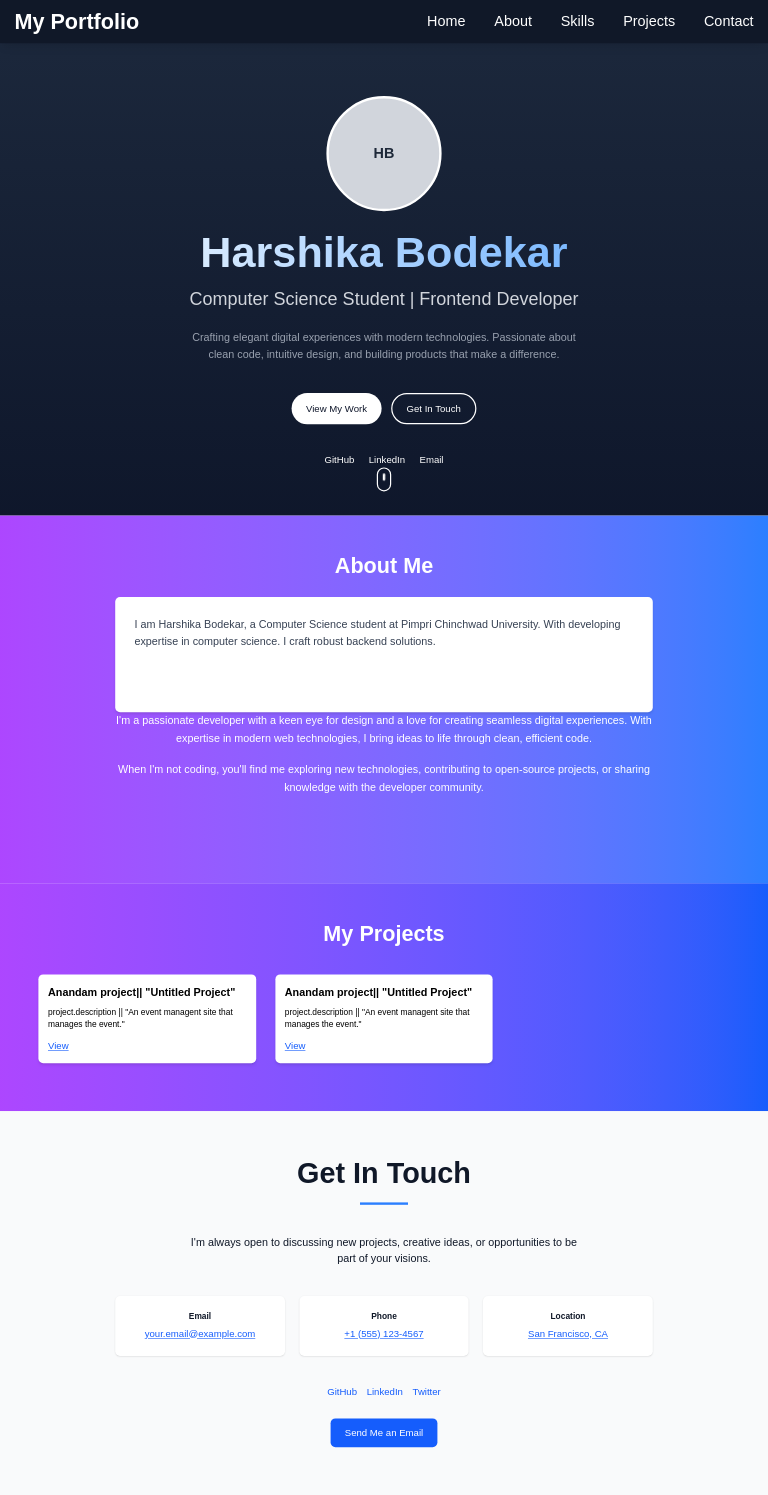
Repository: harshikabodekar/portfolio_awp
Page: /
An editor plug-in stored every save of this project. The page is shown before and after the next save, followed by the edit.
The browser window is 1280 px wide. The pictures show the whole page, at 60% of full size.
The project was rebuilt for these pictures with package versions that can differ from the ones it lists, and the page was loaded fresh each time. The framework's server and built-in components were replaced by stand-ins that run in the browser. Also part of the build but not shown: next.config.mjs.

Above is the page before, as saved 2025-10-15 19:49:53.

### src/app/layout.js
import "./globals.css";

export const metadata = {
  title: "AWP Portfolio",
  description: "Personal portfolio",
};

export default function RootLayout({ children }) {
  return (
    <html lang="en">
      <body className="antialiased">
        {children}
      </body>
    </html>
  );
}

### src/app/page.js
//import Image from "next/image";
import Navbar from "./components/Navbar";
import React from "react";
import Projects from "./components/Project";
import About from "./components/About";
import Contact from "./components/Contact";
import Hero from "./components/Hero";
import ProjectCard from "./components/ProjectCard";

export default function Home() {
  return (
    <div className="font-sans">
      <Navbar />
      <main className="w-full">
        <Hero />
        <About />
        <Projects />
        <Contact />
      </main>
    </div>
  );
}

### src/app/components/Navbar.js
import React from 'react';

const Navbar = () => {
  return (
    <nav className="bg-gray-900 text-white py-4 px-6 fixed w-full top-0 left-0 z-50 shadow-lg">
      <div className="container mx-auto flex justify-between items-center">
        <h1 className="text-4xl font-bold">My Portfolio</h1>
        <ul className="flex space-x-12 text-2xl">
          <li><a href="#home" className="hover:text-blue-400 transition-colors">Home</a></li>
          <li><a href="#about" className="hover:text-blue-400 transition-colors">About</a></li>
          <li><a href="#skills" className="hover:text-blue-400 transition-colors">Skills</a></li>
          <li><a href="#projects" className="hover:text-blue-400 transition-colors">Projects</a></li>
          <li><a href="#contact" className="hover:text-blue-400 transition-colors">Contact</a></li>
        </ul>
      </div>
    </nav>
  );
};

export default Navbar;

### src/app/components/Project.js
import React from 'react';
import ProjectCard from './ProjectCard';
import { projectsData } from '../data/projects';

const Projects = () => {
  return (
    <section id="projects" className="py-20 px-6 bg-gradient-to-r from-purple-500 to-blue-600 text-white pt-16">
      <div className="container mx-auto max-w-6xl">
        <h2 className="text-4xl font-bold text-center text-white mb-12">My Projects</h2>

        <div className="grid md:grid-cols-2 lg:grid-cols-3 gap-8">
          {projectsData.map((project) => (
            <ProjectCard key={project.id} project={project} />
          ))}
        </div>
      </div>
    </section>
  );
};

export default Projects;

### src/app/components/About.js
import React from 'react';

const About = () => {
  return (
     <section id="about" className="py-20 px-6 bg-gradient-to-r from-purple-500 to-blue-500 text-white pt-16">
      <div className="container mx-auto max-w-4xl">
        <h2 className="text-4xl font-bold text-center mb-8">About Me</h2>
        <div className="bg-white p-8 rounded-lg shadow-md">
          <p className="text-lg text-gray-700 mb-4">
            I am Harshika Bodekar, a Computer Science student at Pimpri Chinchwad University.
            With developing expertise in computer science.
            I craft robust backend solutions.
          </p>
          <p className="text-lg text-white">
            My journey is driven by a passion for building scalable,
            efficient systems that power modern applications.
            I enjoy tackling complex challenges and exploring cutting-edge tech.
          </p>
        </div>
        <div className="mb-16 text-center">
            <p className="text-lg text-muted-foreground leading-relaxed mb-6">
              I'm a passionate developer with a keen eye for design and a love for creating
              seamless digital experiences. With expertise in modern web technologies, I bring
              ideas to life through clean, efficient code.
            </p>
            <p className="text-lg text-muted-foreground leading-relaxed">
              When I'm not coding, you'll find me exploring new technologies, contributing to
              open-source projects, or sharing knowledge with the developer community.
            </p>
          </div>
      </div>
    </section>
  );
};

export default About;

### src/app/components/Contact.js
const Contact = () => {
  const contactInfo = [
    { label: 'Email', value: 'your.email@example.com', href: 'mailto:your.email@example.com' },
    { label: 'Phone', value: '+1 (555) 123-4567', href: 'tel:+15551234567' },
    { label: 'Location', value: 'San Francisco, CA', href: '#' },
  ];

  const socialLinks = [
    { label: 'GitHub', href: 'https://github.com' },
    { label: 'LinkedIn', href: 'https://linkedin.com' },
    { label: 'Twitter', href: 'https://twitter.com' },
  ];

  return (
    <section id="contact" className="py-20 bg-gray-50 text-gray-900">
      <div className="container mx-auto px-4">
        <div className="max-w-4xl mx-auto">
          <h2 className="text-4xl md:text-5xl font-bold mb-6 text-center">Get In Touch</h2>
          <div className="w-20 h-1 bg-blue-500 mx-auto mb-12"></div>

          <p className="text-center text-lg mb-12 max-w-2xl mx-auto">
            I'm always open to discussing new projects, creative ideas, or opportunities to be part of your visions.
          </p>

          <div className="grid md:grid-cols-3 gap-6 mb-12">
            {contactInfo.map((info, index) => (
              <div key={index} className="bg-white p-6 rounded-lg shadow text-center">
                <h3 className="text-sm font-semibold mb-2">{info.label}</h3>
                <a href={info.href} className="text-blue-600 underline">{info.value}</a>
              </div>
            ))}
          </div>

          <div className="text-center">
            <div className="flex justify-center gap-4 mb-8">
              {socialLinks.map((s, i) => (
                <a key={i} href={s.href} target="_blank" rel="noreferrer" className="text-blue-600">{s.label}</a>
              ))}
            </div>

            <div className="text-center">
              <a href="mailto:your.email@example.com" className="inline-block px-6 py-3 bg-blue-600 text-white rounded-lg">Send Me an Email</a>
            </div>
          </div>
        </div>
      </div>
    </section>
  );
};

export default Contact;

### src/app/components/Hero.js
"use client";
import React from 'react';

const Hero = () => {
  return (
    <section id="home" className="relative w-full min-h-screen flex items-center justify-center bg-gradient-to-b from-slate-800 to-slate-900 text-white pt-20">
      <div className="w-full px-4 sm:px-6 lg:px-8 py-12 sm:py-16 md:py-20 relative z-10">
        <div className="max-w-6xl mx-auto text-center">
          <div className="mb-6 sm:mb-8 flex justify-center">
            <div className="w-32 h-32 sm:w-40 sm:h-40 md:w-48 md:h-48 rounded-full bg-gray-300 dark:bg-gray-600 border-4 border-white flex items-center justify-center text-xl sm:text-2xl font-bold text-gray-800">HB</div>
          </div>



          <h1 className="text-4xl sm:text-4xl md:text-5xl lg:text-6xl xl:text-7xl font-bold mb-4 sm:mb-6 bg-gradient-to-r from-white to-blue-400 bg-clip-text text-transparent px-4">
            Harshika Bodekar
          </h1>

          <p className="text-base sm:text-lg md:text-xl lg:text-3xl text-gray-300 mb-6 sm:mb-8 font-light px-4">
            Computer Science Student | Frontend Developer
          </p>

          <p className="text-sm sm:text-base md:text-lg text-gray-400 mb-8 sm:mb-12 max-w-2xl mx-auto leading-relaxed px-4">
            Crafting elegant digital experiences with modern technologies.
            Passionate about clean code, intuitive design, and building products that make a difference.
          </p>

          <div className="flex flex-col sm:flex-row flex-wrap gap-4 justify-center mb-8 sm:mb-12 px-4">
            <button onClick={() => {}} className="px-6 py-3 bg-white text-slate-900 rounded-full font-medium hover:bg-gray-100 transition-colors w-full sm:w-auto">View My Work</button>
            <button onClick={() => {}} className="px-6 py-3 border-2 border-white text-white rounded-full hover:bg-white hover:text-slate-900 transition-colors w-full sm:w-auto">Get In Touch</button>
          </div>

          <div className="flex flex-wrap gap-4 sm:gap-6 justify-center text-sm sm:text-base px-4">
            <a href="https://github.com" target="_blank" rel="noopener noreferrer" className="text-white hover:text-blue-400 transition-colors">GitHub</a>
            <a href="https://linkedin.com" target="_blank" rel="noopener noreferrer" className="text-white hover:text-blue-400 transition-colors">LinkedIn</a>
            <a href="mailto:your.email@example.com" className="text-white hover:text-blue-400 transition-colors">Email</a>
          </div>
        </div>
      </div>

      <div className="hidden sm:block absolute bottom-10 left-1/2 -translate-x-1/2">
        <div className="w-6 h-10 border-2 border-white rounded-full flex justify-center">
          <div className="w-1 h-3 bg-white rounded-full mt-2 animate-pulse"></div>
        </div>
      </div>
    </section>
  );
};

export default Hero;

### src/app/components/ProjectCard.js
import React from 'react';

export default function ProjectCard({ project = {} }) {
  return (
    <article className="bg-white text-black rounded-lg p-4 shadow-md">
      <h3 className="font-semibold text-lg mb-2">Anandam project|| "Untitled Project"</h3>
      <p className="text-sm mb-4">project.description || "An event managent site that manages the event."</p>
      {project.link && (
        <a
          className="text-blue-600 underline"
          href={project.link}
          target="_blank"
          rel="noreferrer"
        >
          View
        </a>
      )}
    </article>
  );
}

### src/app/data/projects.js
export const projectsData = [
  {
    id: '1',
    title: 'Sample Project One',
    description: 'A short description of project one.',
    link: 'https://example.com',
  },
  {
    id: '2',
    title: 'Sample Project Two',
    description: 'A short description of project two.',
    link: 'https://example.com',
  },
];

Loaded but not shown: src/app/globals.css (common file)

After the next save:
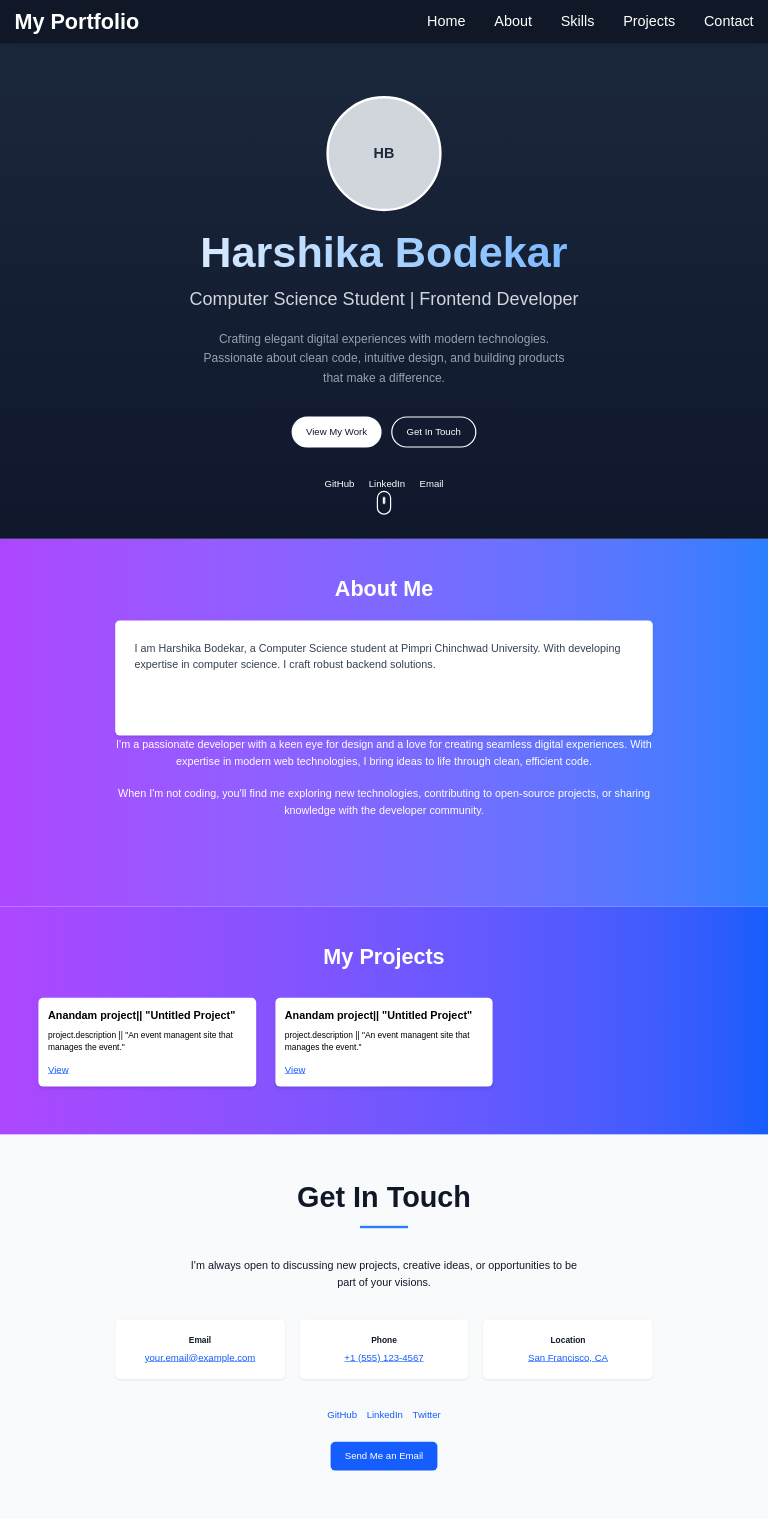
Saved 25 s later.
--- a/src/app/components/Hero.js
+++ b/src/app/components/Hero.js
@@ -20,7 +20,7 @@ const Hero = () => {
             Computer Science Student | Frontend Developer
           </p>
 
-          <p className="text-sm sm:text-base md:text-lg text-gray-400 mb-8 sm:mb-12 max-w-2xl mx-auto leading-relaxed px-4">
+          <p className="text-sm sm:text-base md:text-xl text-gray-400 mb-8 sm:mb-12 max-w-2xl mx-auto leading-relaxed px-4">
             Crafting elegant digital experiences with modern technologies.
             Passionate about clean code, intuitive design, and building products that make a difference.
           </p>
